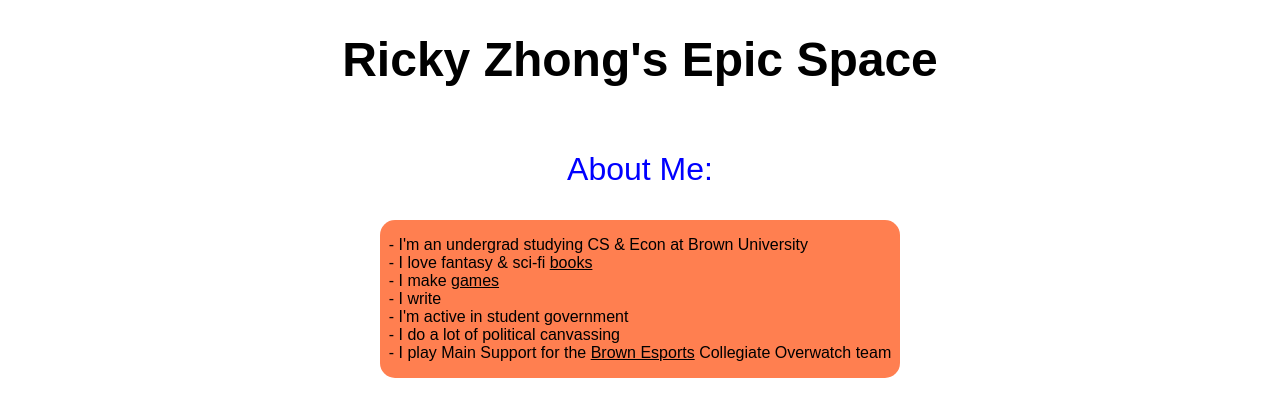
Repository: rickydaricky/rickydaricky.github.io
Page: index.html
These files come from the project's save history. The page is drawn as it stood at one moment and after the next save; the edit follows.
The browser window is 1280 px wide. The pictures show the whole page.

Above is the page before, as saved 2023-03-31 13:26:10.

After the next save:
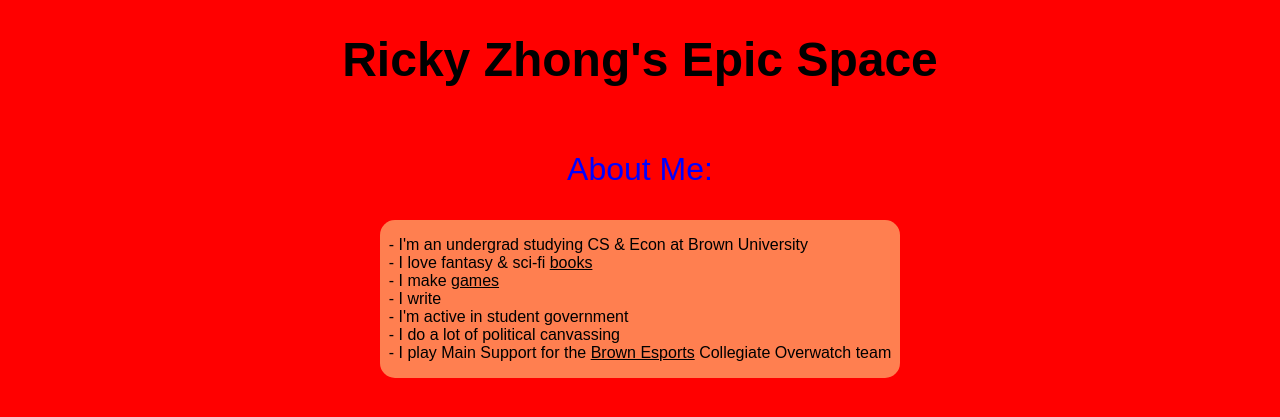
Saved 52 s later.
--- a/main.css
+++ b/main.css
@@ -7,6 +7,10 @@ html * {
   font-size: 16px;
   color: black;
   font-family: Nunito, sans-serif;
+}
+
+body {
+  background-color: red
 }
 
 .about {
